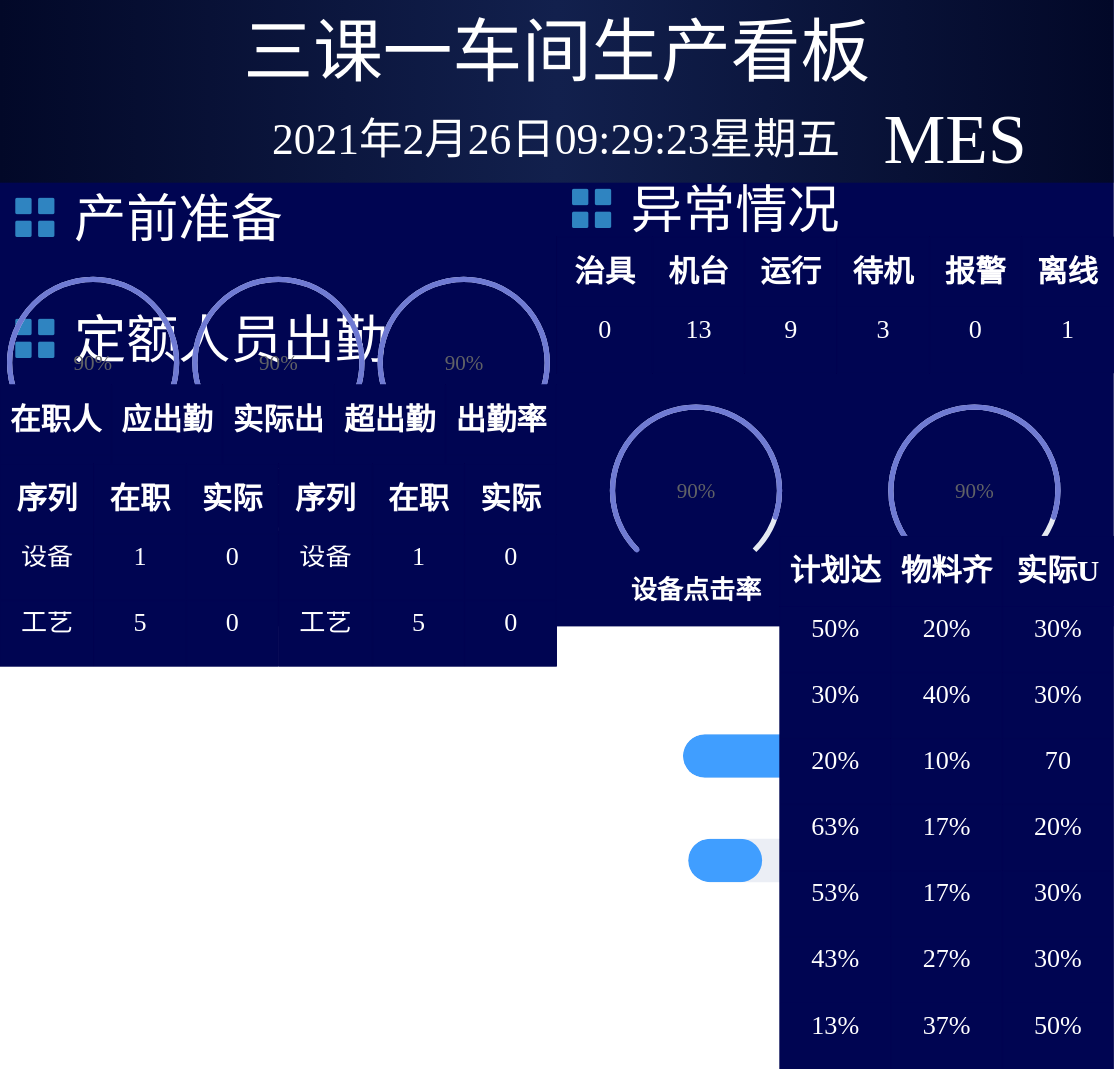
Repository: Bimbaloo/pv-view
Page: a.html
An editor plug-in stored every save of this project. The page is shown before and after the next save, followed by the edit.
The browser window is 1280 px wide. The pictures show the whole page, at 87% of full size.

Above is the page before, as saved 2021-05-14 15:54:25.
Console error: ReferenceError: echarts is not defined

### a.html
<!DOCTYPE html>
<html lang="zh-ch">

<head>
  <meta charset="UTF-8">
  <meta http-equiv="X-UA-Compatible" content="IE=edge">
  <meta name="viewport"
    content="width=device-width, initial-scale=1.0, minimum-scale=1.0, maximum-scale=1.0, user-scalable=no" />
  <script src="echarts.common.js"></script>
  <script src="vue.js"></script>
  <script src="element-ui/index.js"></script>
  <link rel="stylesheet" href="element-ui/theme-chalk/index.css">
  <link rel="stylesheet" href="reset.css">
  <link rel="stylesheet" href="base.css">
  <script src="axios.js"></script>
  <title>车间看板</title>
</head>

<body>
  <div id="app">
    <!-- 抬头 -->
    <div class="title-box">
      <div class="title">三课一车间生产看板</div>
      <div class="message" style="display: flex;">
        <div class="time">2021年2月26日09:29:23星期五</div>
        <div class="name">MES</div>
      </div>

    </div>
    <!-- 生产 -->
    <div class="Production">
      <div class="ready">
        <div class="designation">
          <i class="el-icon-menu"></i>
          <span>产前准备</span>
        </div>
        <div class="progress-boxs">
          <div class="progress-box">
            <el-progress type="dashboard" :percentage="percentage" :color="colors" :width='width'></el-progress>
            <span>设备点击率</span>
          </div>

          <div class="progress-box">
            <el-progress type="dashboard" :percentage="percentage" :color="colors" :width='width'></el-progress>
            <span>清洁度OK率</span>
          </div>
          <div class="progress-box">
            <el-progress type="dashboard" :percentage="percentage" :color="colors" :width='width'></el-progress>
            <span>物料齐率</span>
          </div>
        </div>


      </div>
      <!-- 出勤 -->
      <div class="chuqing">
        <div class="designation">
          <i class="el-icon-menu"></i>
          <span>定额人员出勤</span>
        </div>
        <div class="table-message">
          <el-table ref="table" :data="tableData.data" style="width: 100%;margin-top: 20px;">
            <el-table-column v-for="col in columns" :key="col.prop" :label="col.label" :prop="col.prop"
              :class-name="col.class" align='center'>
            </el-table-column>
          </el-table>
        </div>

      </div>
      <!-- 非定额出勤 -->
      <div class="feichuqing">
        <div class="designation">
          <i class="el-icon-menu"></i>
          <span>非定额人员出勤</span>
        </div>
        <div class="table-message" style="display: flex;">
          <el-table ref="table2" :data="tableData.data2" style="width: 45%;margin-top: 20px;">
            <el-table-column v-for="col in columns2" :key="col.prop" :label="col.label" :prop="col.prop"
              :class-name="col.class" align='center'>
            </el-table-column>
          </el-table>
          <el-table ref="table2" :data="tableData.data2" style="width: 45%;margin-top: 20px;">
            <el-table-column v-for="col in columns2" :key="col.prop" :label="col.label" :prop="col.prop"
              :class-name="col.class" align='center'>
            </el-table-column>
          </el-table>
        </div>
      </div>
    </div>
    <!-- 异常 -->
    <div class="abnormal">
      <div class="designation">
        <i class="el-icon-menu"></i>
        <span>异常情况</span>
      </div>
      <div class="table-message">
        <el-table ref="table4" :data="tableData.data4" style="width: 100%">
          <el-table-column v-for="col in columns4" :key="col.prop" :label="col.label" :prop="col.prop"
            :class-name="col.class" align='center'>
          </el-table-column>
        </el-table>
      </div>
      <div class="progress-boxs">
        <div class="progress-box">
          <el-progress type="dashboard" :percentage="percentage" :color="colors" :width='width'></el-progress>
          <span>设备点击率</span>
        </div>

        <div class="progress-box">
          <el-progress type="dashboard" :percentage="percentage" :color="colors" :width='width'></el-progress>
          <span>清洁度OK率</span>
        </div>
      </div>
      <div class="progress-boxs2">
        <div class="progress-box2">
          <div class="progress-message">
            治具损坏率
          </div>
          <el-progress :stroke-width="50" :percentage="90"></el-progress>
        </div>
        <div class="progress-box2">
          <div class="progress-message">
            OQC批退率
          </div>
          <el-progress :stroke-width="50" :percentage="20"></el-progress>
        </div>
      </div>

    </div>
    <!-- 进度 -->
    <div class="progress">
      <div class="designation" style="width: 100%;">
        <i class="el-icon-menu"></i>
        <span>生产进度</span>
      </div>

      <div id="container" style="height: 80%;width: 70%;"></div>
      <el-table ref="table5" :data="tableData.data5" style="width: 100%">
        <el-table-column v-for="col in columns5" :key="col.prop" :label="col.label" :prop="col.prop"
          :class-name="col.class" align='center'>
        </el-table-column>
      </el-table>

    </div>

  </div>
  <script src="base.js"></script>
</body>

</html>

### reset.css
/**
 * Eric Meyer's Reset CSS v2.0 (http://meyerweb.com/eric/tools/css/reset/)
 * http://cssreset.com
 */

html,
body,
div,
span,
applet,
object,
iframe,
h1,
h2,
h3,
h4,
h5,
h6,
p,
blockquote,
pre,
a,
abbr,
acronym,
address,
big,
cite,
code,
del,
dfn,
em,
img,
ins,
kbd,
q,
s,
samp,
small,
strike,
strong,
sub,
sup,
tt,
var,
b,
u,
i,
center,
dl,
dt,
dd,
ol,
ul,
li,
fieldset,
form,
label,
legend,
table,
caption,
tbody,
tfoot,
thead,
tr,
th,
td,
article,
aside,
canvas,
details,
embed,
figure,
figcaption,
footer,
header,
menu,
nav,
output,
ruby,
section,
summary,
time,
mark,
audio,
video,
input {
  margin: 0;
  padding: 0;
  border: 0;
  font-family: "微软雅黑";
  font-size: 100%;
  font-weight: normal;
  vertical-align: baseline;
}

.divider {
  height: 16px;
  width: 100%;
  background: #f3f5f7;
  border-top: 1px solid rgba(7, 17, 27, 0.1);
  border-bottom: 1px solid rgba(7, 17, 27, 0.1);
}

.clear:after {
  content: "\20";
  height: 0;
  display: block;
  clear: both;
}

/* HTML5 display-role reset for older browsers */

article,
aside,
details,
figcaption,
figure,
footer,
header,
menu,
nav,
section {
  display: block;
}

body {
  line-height: 1;
}

blockquote,
q {
  quotes: none;
}

blockquote:before,
blockquote:after,
q:before,
q:after {
  content: none;
}

table {
  border-collapse: collapse;
  border-spacing: 0;
}

/* custom */

a {
  color: #7e8c8d;
  text-decoration: none;
  -webkit-backface-visibility: hidden;
}

li {
  list-style: none;
}

/* 表格下载。 */
.tableClone {
  position: absolute;
  z-index: -1;
}

::-webkit-scrollbar {
  width: 10px;
  height: 10px;
}

::-webkit-scrollbar-track-piece {
  /* background-color: #979ba1; */
  background-color: #bfc1c2;
  -webkit-border-radius: 4px;
}

::-webkit-scrollbar-thumb:vertical {
  height: 10px;
  /*  background-color: #56565C; */
  background-color: #8c8c92;
  -webkit-border-radius: 4px;
}

::-webkit-scrollbar-thumb:horizontal {
  width: 10px;
  /*  background-color: #56565C; */
  background-color: #8c8c92;
  -webkit-border-radius: 4px;
}

html,
body {
  width: 100%;
  height: 100%;
}

body {
  -webkit-text-size-adjust: none;
  -webkit-tap-highlight-color: rgba(0, 0, 0, 0);
}

### base.css
#app {
  background-color: hsl(236deg 100% 16%);
  display: flex;
  flex-direction: row;
  flex-flow: wrap;
  height: 100%;
}

.title-box {
  height: 210px;
  background-image: linear-gradient(to right, #020828, #12204d, #020828);
  width: 100%;

}

.title,
.time,
.name {
  color: #fff;
}

.message {
  display: flex;
  align-items: center;
  justify-content: flex-end;
  margin-right: 100px;
}

.title {
  font-size: 80px;
  width: 100%;
  display: flex;
  justify-content: center;
  align-items: center;
  line-height: 120px;
  height: 120px;
}

.time {
  font-size: 50px;
}

.name {
  font-size: 80px;
  margin-left: 50px;
}


/* 生产 */
.Production {
  height: 45%;
  width: 50%;
  box-sizing: border-box;

}

/* 异常 */
.abnormal {
  height: 45%;
  width: 50%;
  box-sizing: border-box;
}

.progress {
  width: 100%;
  height: 45%;
}


.ready {
  padding-top: 10px;
  height: 40%
}

.designation {
  color: #fff;
  font-size: 60px;
}

.el-icon-menu {
  color: #2F84C1;
  margin-left: 10px;
}

.chuqing {
  padding-top: 10px;
  height: 25%;
}
.feichuqing {
  padding-top: 10px;
  height: 35%;
}


.table-message td,th{
  background-color: hsl(236deg 100% 16%) !important;
  border: 1px solid hsl(236deg 100% 16%);
}

.el-table td, .el-table th.is-leaf {
  border: 1px solid hsl(236deg 100% 16%);
}

.el-table th, .el-table tr {
  background-color: hsl(236deg 100% 16%) !important;
}

.el-table {
  color: #fff;
  font-weight: bold;
  font-size: 30px;
}

.el-table, .el-table__expanded-cell {
  background-color: hsl(236deg 100% 16%) !important;
}
.el-table th>.cell {
  height: 55px;
  color: #fff;
  font-weight: bold;
  font-size: 35px;
  line-height: 55px;
}
.el-table td>.cell {
  height: 50px;
  color: #fff;
  font-size: 30px;
}


.abnormal {

}
.progress-boxs {
  display: flex;
  justify-content: space-around;
  margin-top: 35px;
}
.progress-box span{
  color: #fff;
  font-weight: bold;
  font-size: 30px;
}

.progress-box {
  display: flex;
    flex-direction: column;
    align-items: center;
}
.progress-boxs2 {
 margin-top: 150px;
}

.progress-box2 {
  display: flex;
  justify-content: space-evenly;
  margin-top: 60px;
  margin-bottom: 60px;
}
.progress-box2  .el-progress {
  width: 80%;
  display: flex;
}

.progress-message {
  color: #fff;
  font-weight: bold;
  font-size: 30px;
}
.progress {
  padding-top: 20px;
}

.el-table::before {
  height :0
}


.progress {
  display: flex;
    flex-direction: row;
    flex-wrap: wrap;
}

### base.js
var Main = new Vue({
  el: '#app',
  name: app,
  data: {
    tableData: {
      columns: [
        {
          label: '在职人员',
          prop: 'printer',
          align: 'center',
          showHead: true
        },
        {
          label: '应出勤',
          prop: 'tasksNum',
          align: 'center',
          showHead: true
        },
        {
          label: '实际出勤',
          prop: 'status',
          align: 'center',
          showHead: true
        },
        {
          label: '超出勤',
          prop: 'lastTime',
          align: 'center',
          showHead: true
        },
        {
          label: '出勤率',
          prop: 'equipment',
          align: 'center',
          class: 'red',
          showHead: true
        }
      ],
      data: [
        {
          tasksNum: '1',
          printer: '0',
          status: '0',
          lastTime: '0',
          equipment: 0
        }],
      columns2: [
        {
          label: '序列',
          prop: 'order',
          align: 'center',
        }, {
          label: '在职人数',
          prop: 'num',
          align: 'center',
        }, {
          label: '实际出勤',
          prop: 'realistic',
          align: 'center',
        }],
      data2: [
        {
          order: '设备',
          num: '1',
          realistic: '0'
        }, {
          order: '工艺',
          num: '5',
          realistic: '0'
        },],
      data3: [
        {
          order: '品质',
          num: '0',
          realistic: '0'
        },
        {
          order: '制造',
          num: '6',
          realistic: '0'
        }
      ],
      columns4: [
        {
          label: '治具总数',
          prop: 'order',
          align: 'center',
        }, {
          label: '机台总数',
          prop: 'num',
          align: 'center',
        }, {
          label: '运行',
          prop: 'run',
          align: 'center',
        }, {
          label: '待机',
          prop: 'Standby',
          align: 'center',
        }, {
          label: '报警',
          prop: 'alarm',
          align: 'center',
        }, {
          label: '离线',
          prop: 'offline',
          align: 'center',
        }],
      data4: [
        {
          order: '0',
          num: '13',
          run: '9',
          Standby: '3',
          alarm: '0',
          offline: '1'
        }],
      columns5: [
        {
          label: '计划达成率',
          prop: 'Achievement',
          align: 'center',
        }, {
          label: '物料齐率',
          prop: 'material',
          align: 'center',
        }, {
          label: '实际UPH',
          prop: 'UPH',
          align: 'center',
        }
      ],
      data5: [],
      height: 100
    },
    colors: [
      {
        color: '#f56c6c',
        percentage: 20
      },
      {
        color: '#e6a23c',
        percentage: 40
      },
      {
        color: '#5cb87a',
        percentage: 60
      },
      {
        color: '#1989fa',
        percentage: 80
      },
      {
        color: '#6f7ad3',
        percentage: 100
      }
    ],
    percentage: 90,
    width: 200
  },
  computed: {
    columns() {
      return this.tableData.columns.filter((item) => {
        return item.showHead
      })
    },
    columns2() {
      return this.tableData.columns2
    },
    columns4() {
      return this.tableData.columns4
    },
    columns5() {
      return this.tableData.columns5
    },
    items() {
      return this.tableData.columns.filter((item) => {
        return !item.showHead
      })
    }
  },
  mounted: function () {
    this.$nextTick(() => {
      axios.get('../fgb.json', {
        firstName: 'Fred',
        lastName: 'Flintstone'
      })
        .then((response) => {
          console.log(response);
          this.tableData.data5 = response.data.data
          myChart.setOption({

          })
        })
        .catch((error) => {
          console.log(error);
        });
    })
  },
  methods: {

  }
})

var dom = document.getElementById("container");
var myChart = echarts.init(dom);
var app = {};

var option;



option = {
  tooltip: {
    trigger: 'axis',
    axisPointer: {            // Use axis to trigger tooltip
      type: 'shadow'        // 'shadow' as default; can also be 'line' or 'shadow'
    }
  },
  legend: {
    data: ['Direct', 'Mail Ad', 'Affiliate Ad']
  },
  grid: {
    left: '3%',
    right: '4%',
    bottom: '3%',
    containLabel: true
  },
  xAxis: {
    type: 'value'
  },
  yAxis: {
    type: 'category',
    data: ['1#', '2#', '3#', '4#', '5#', '6#', '7#']
  },
  series: [
    {
      name: 'Direct',
      type: 'bar',
      stack: 'total',
      label: {
        show: true
      },
      emphasis: {
        focus: 'series'
      },
      data: [0, 20, 0, 0, 5, 15, 33]
    },
    {
      name: 'Mail Ad',
      type: 'bar',
      stack: 'total',
      label: {
        show: true
      },
      emphasis: {
        focus: 'series'
      },
      data: [0, 50, 30, 70, 25, 25, 33]
    },
    {
      name: 'Affiliate Ad',
      type: 'bar',
      stack: 'total',
      label: {
        show: true
      },
      emphasis: {
        focus: 'series'
      },
      data: [100, 30, 70, 30, 70, 60, 34]
    }


  ]
};

if (option && typeof option === 'object') {
  myChart.setOption(option);
}

Loaded but not shown: vue.js (library); element-ui/index.js (library); element-ui/theme-chalk/index.css (library); fgb.json (33 lines, source omitted); axios.js (1786 lines, source omitted); echarts.common.js (no copy from this time; the picture is the same without it)

After the next save:
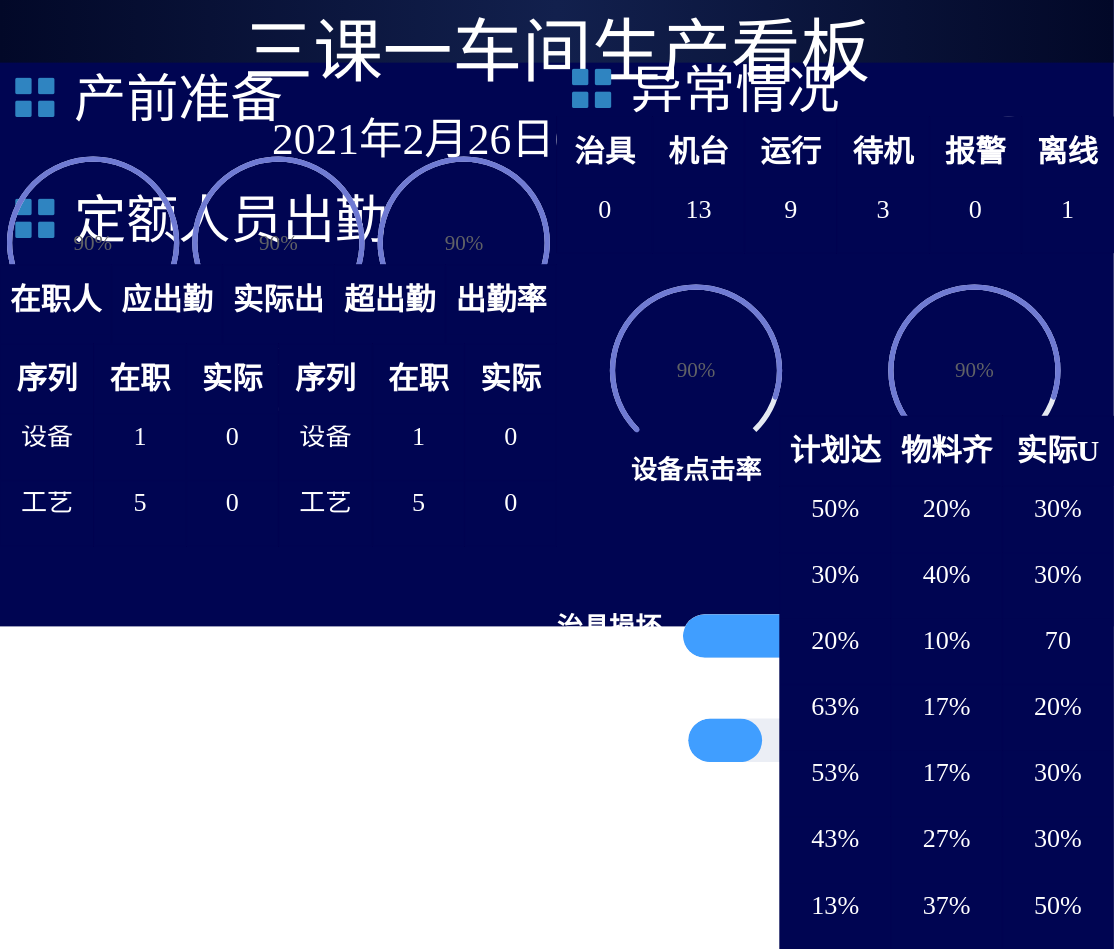
Saved 2 days later.
--- a/base.css
+++ b/base.css
@@ -7,7 +7,7 @@
 }
 
 .title-box {
-  height: 210px;
+  height: 10%;
   background-image: linear-gradient(to right, #020828, #12204d, #020828);
   width: 100%;
 
